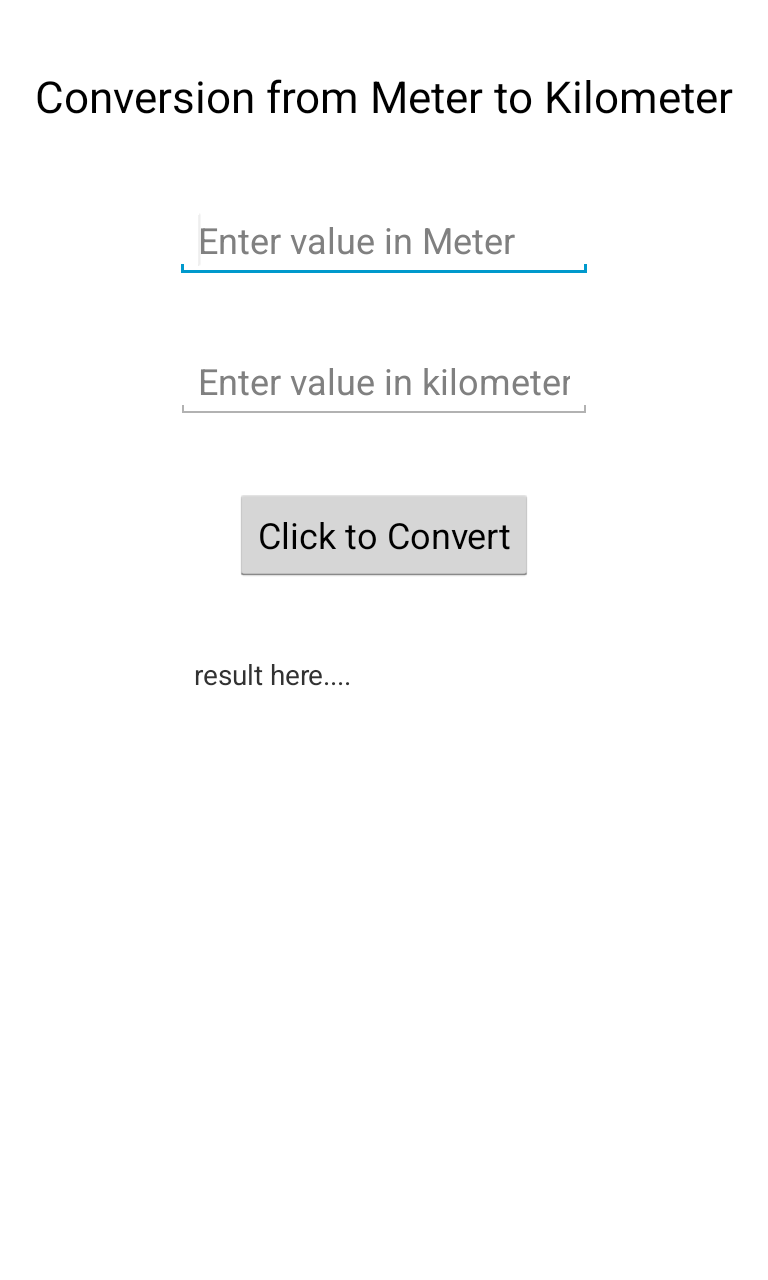
Repository: Shruthi06/designed-droid
Layout: Mock_converter/res/layout/activity_main.xml
These files come from the project's save history. The layout is drawn as it stood at one moment and after the next save; the edit follows.
It is drawn on a 768 x 1280 px phone screen (xhdpi) without system bars, with theme AppTheme; the app's code is not run.

Above is the layout before, as saved 2016-02-08 08:51:54.

### Mock_converter/res/layout/activity_main.xml
<RelativeLayout xmlns:android="http://schemas.android.com/apk/res/android"
    xmlns:tools="http://schemas.android.com/tools"
    android:layout_width="match_parent"
    android:layout_height="match_parent"
    android:paddingBottom="@dimen/activity_vertical_margin"
    android:paddingLeft="@dimen/activity_horizontal_margin"
    android:paddingRight="@dimen/activity_horizontal_margin"
    android:paddingTop="@dimen/activity_vertical_margin"
    tools:context=".MainActivity" >

    <EditText
        android:id="@+id/edit_km"
        android:layout_width="wrap_content"
        android:layout_height="wrap_content"
        android:layout_alignLeft="@+id/edit_meter"
        android:layout_below="@+id/edit_meter"
        android:layout_marginTop="31dp"
        android:ems="10"
        android:inputType="numberDecimal"
        android:hint="Enter value in kilometer" />

    <Button
        android:id="@+id/buttonconvert"
        android:layout_width="wrap_content"
        android:layout_height="wrap_content"
        android:layout_below="@+id/edit_km"
        android:layout_centerHorizontal="true"
        android:layout_marginTop="33dp"
        android:text="Click to Convert" />

    <EditText
        android:id="@+id/edit_meter"
        android:layout_width="wrap_content"
        android:layout_height="wrap_content"
        android:layout_below="@+id/textView1"
        android:layout_centerHorizontal="true"
        android:layout_marginTop="38dp"
        android:ems="10"
        android:hint="Enter value in Meter"
        android:inputType="numberDecimal" >

        <requestFocus />
    </EditText>

    <TextView
        android:id="@+id/textView1"
        android:layout_width="wrap_content"
        android:layout_height="wrap_content"
        android:layout_alignParentTop="true"
        android:layout_centerHorizontal="true"
        android:layout_marginTop="17dp"
        android:text="Conversion from Meter to Kilometer"
        android:textAppearance="?android:attr/textAppearanceLarge" />

    <TextView
        android:id="@+id/view_result"
        android:layout_width="200dp"
        android:layout_height="25dp"
        android:layout_alignRight="@+id/edit_km"
        android:layout_below="@+id/buttonconvert"
        android:layout_marginTop="36dp"
        android:text="result here...." />

</RelativeLayout>

Loaded but not shown: Mock_converter/res/values/styles.xml (common file); Mock_converter/res/values-v11/styles.xml (common file); Mock_converter/res/values-v14/styles.xml (common file); Mock_converter/res/values/dimens.xml (common file)

After the next save:
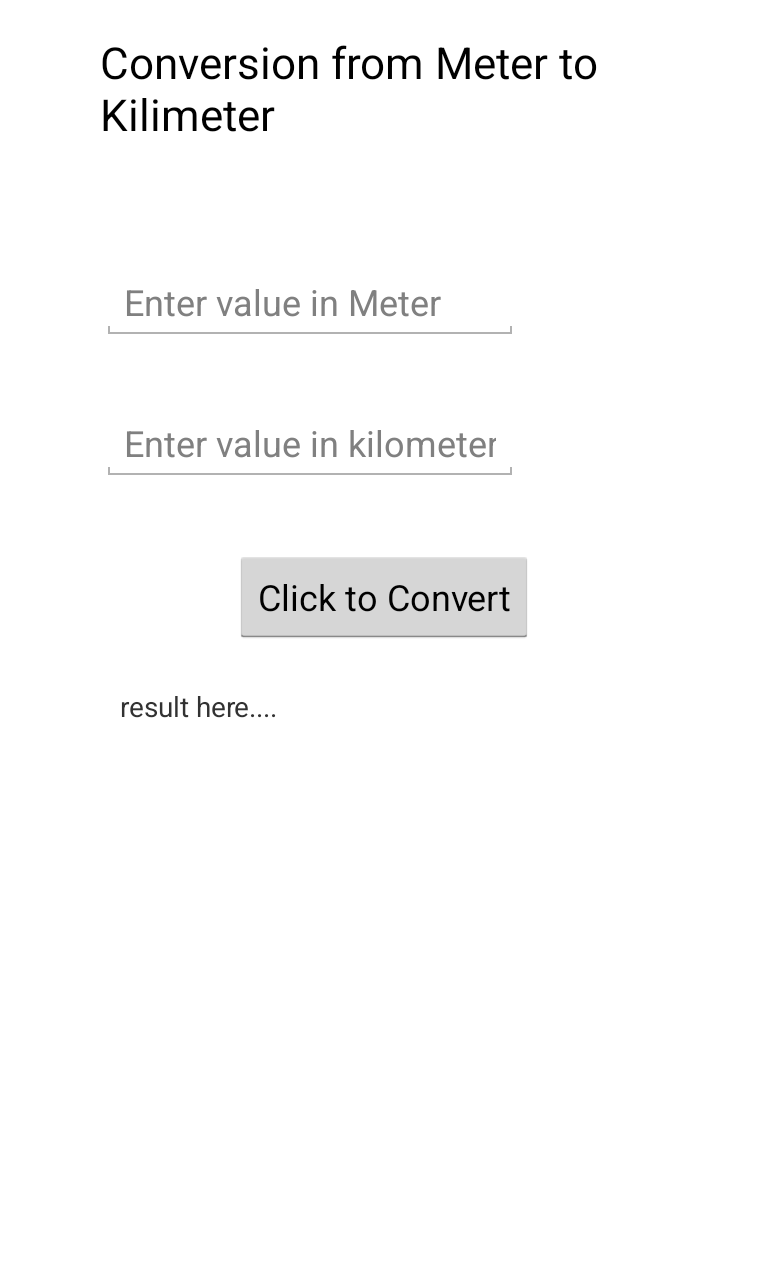
Saved 97 s later.
--- a/Mock_converter/res/layout/activity_main.xml
+++ b/Mock_converter/res/layout/activity_main.xml
@@ -7,6 +7,27 @@
     android:paddingRight="@dimen/activity_horizontal_margin"
     android:paddingTop="@dimen/activity_vertical_margin"
     tools:context=".MainActivity" >
+
+    <TextView
+        android:id="@+id/textView1"
+        android:layout_width="wrap_content"
+        android:layout_height="wrap_content"
+        android:layout_alignLeft="@+id/edit_meter"
+        android:layout_alignParentTop="true"
+        android:text="Conversion from Meter to Kilimeter"
+        android:textAppearance="?android:attr/textAppearanceLarge" />
+
+    <EditText
+        android:id="@+id/edit_meter"
+        android:layout_width="wrap_content"
+        android:layout_height="wrap_content"
+        android:layout_alignParentLeft="true"
+        android:layout_below="@+id/textView1"
+        android:layout_marginLeft="34dp"
+        android:layout_marginTop="60dp"
+        android:inputType="numberDecimal"
+        android:ems="10"
+        android:hint="Enter value in Meter" />
 
     <EditText
         android:id="@+id/edit_km"
@@ -28,37 +49,13 @@
         android:layout_marginTop="33dp"
         android:text="Click to Convert" />
 
-    <EditText
-        android:id="@+id/edit_meter"
-        android:layout_width="wrap_content"
-        android:layout_height="wrap_content"
-        android:layout_below="@+id/textView1"
-        android:layout_centerHorizontal="true"
-        android:layout_marginTop="38dp"
-        android:ems="10"
-        android:hint="Enter value in Meter"
-        android:inputType="numberDecimal" >
-
-        <requestFocus />
-    </EditText>
-
-    <TextView
-        android:id="@+id/textView1"
-        android:layout_width="wrap_content"
-        android:layout_height="wrap_content"
-        android:layout_alignParentTop="true"
-        android:layout_centerHorizontal="true"
-        android:layout_marginTop="17dp"
-        android:text="Conversion from Meter to Kilometer"
-        android:textAppearance="?android:attr/textAppearanceLarge" />
-
     <TextView
         android:id="@+id/view_result"
         android:layout_width="200dp"
         android:layout_height="25dp"
         android:layout_alignRight="@+id/edit_km"
         android:layout_below="@+id/buttonconvert"
-        android:layout_marginTop="36dp"
+        android:layout_marginTop="21dp"
         android:text="result here...." />
 
 </RelativeLayout>
